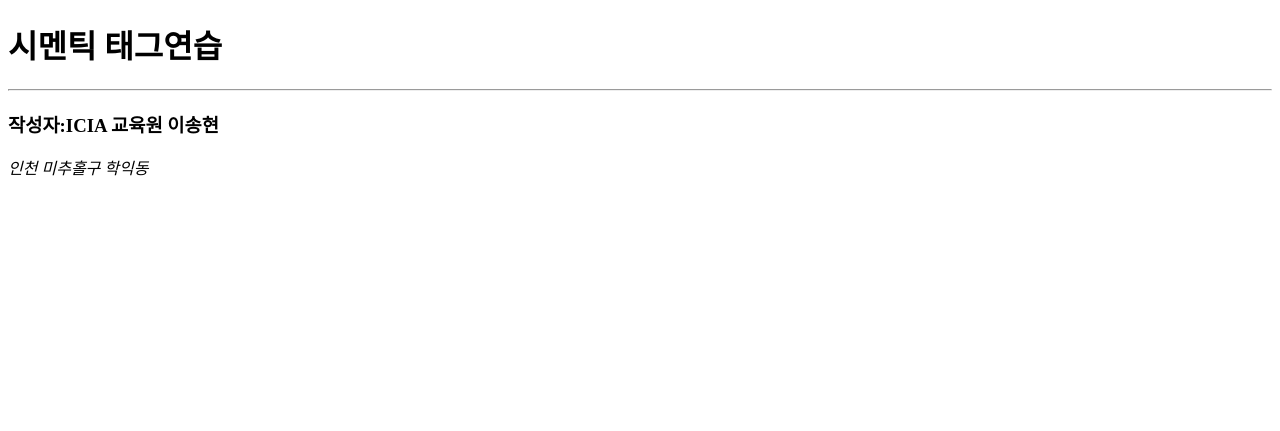
Repository: kmg8138/html
Page: 2020.04.06/ex0406/WebContent/ex06.html
The author's editor kept a copy of each file at every save. The page is drawn from the files as they stood at one save, then again after the next save.
The browser window is 1280 px wide. The pictures show the whole page.

Above is the page before, as saved 2020-04-06 06:44:17.

After the next save:
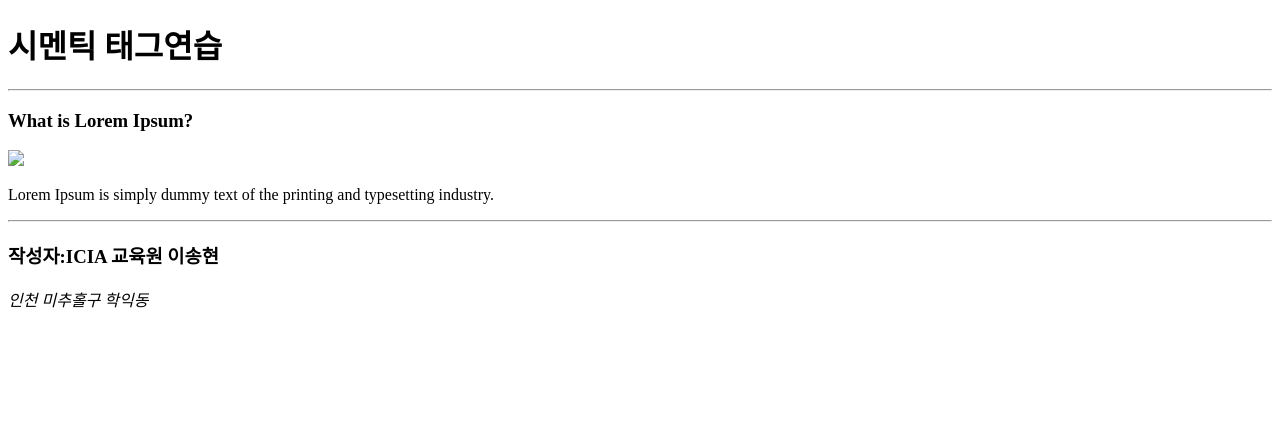
Not found: 2020.04.06/ex0406/WebContent/http;://placehold.it/500x100
Saved 4 min 8 s later.
--- a/2020.04.06/ex0406/WebContent/ex06.html
+++ b/2020.04.06/ex0406/WebContent/ex06.html
@@ -14,9 +14,17 @@
 	</nav>
 
 	<section>
+		<article>
+			<h3>What is Lorem Ipsum?</h3>
+			<img src="http;://placehold.it/500x100"/>
+			<p>
+			Lorem Ipsum is simply dummy text of the printing and typesetting industry.
+			</p>
+		</article>
 	</section>
 
 	<footer>
+		<hr/>
 		<h3>작성자:ICIA 교육원 이송현</h3>
 		<address>인천 미추홀구 학익동</address>
 	</footer>

After the save that followed:
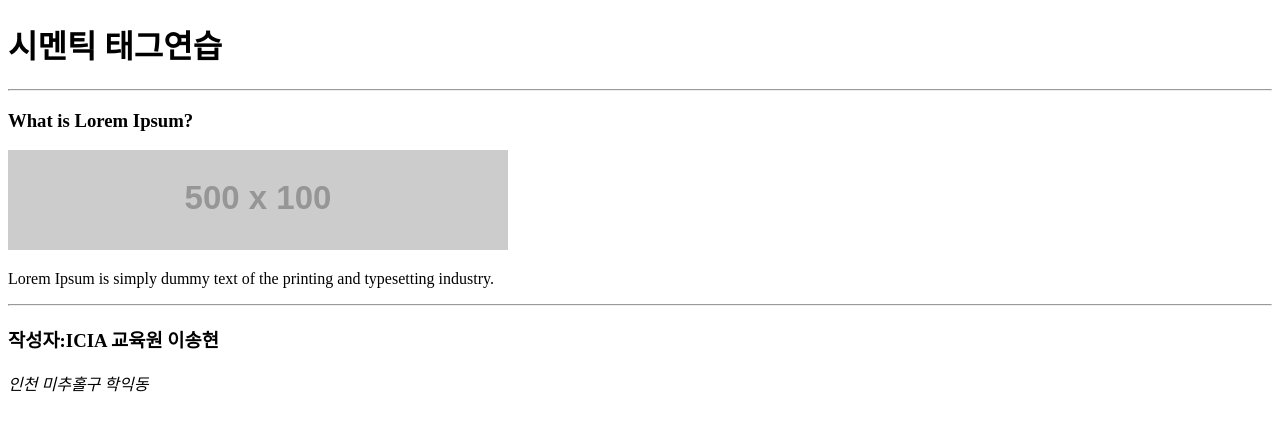
Saved 15 s later.
--- a/2020.04.06/ex0406/WebContent/ex06.html
+++ b/2020.04.06/ex0406/WebContent/ex06.html
@@ -16,7 +16,7 @@
 	<section>
 		<article>
 			<h3>What is Lorem Ipsum?</h3>
-			<img src="http;://placehold.it/500x100"/>
+			<img src="http://placehold.it/500x100"/>
 			<p>
 			Lorem Ipsum is simply dummy text of the printing and typesetting industry.
 			</p>
